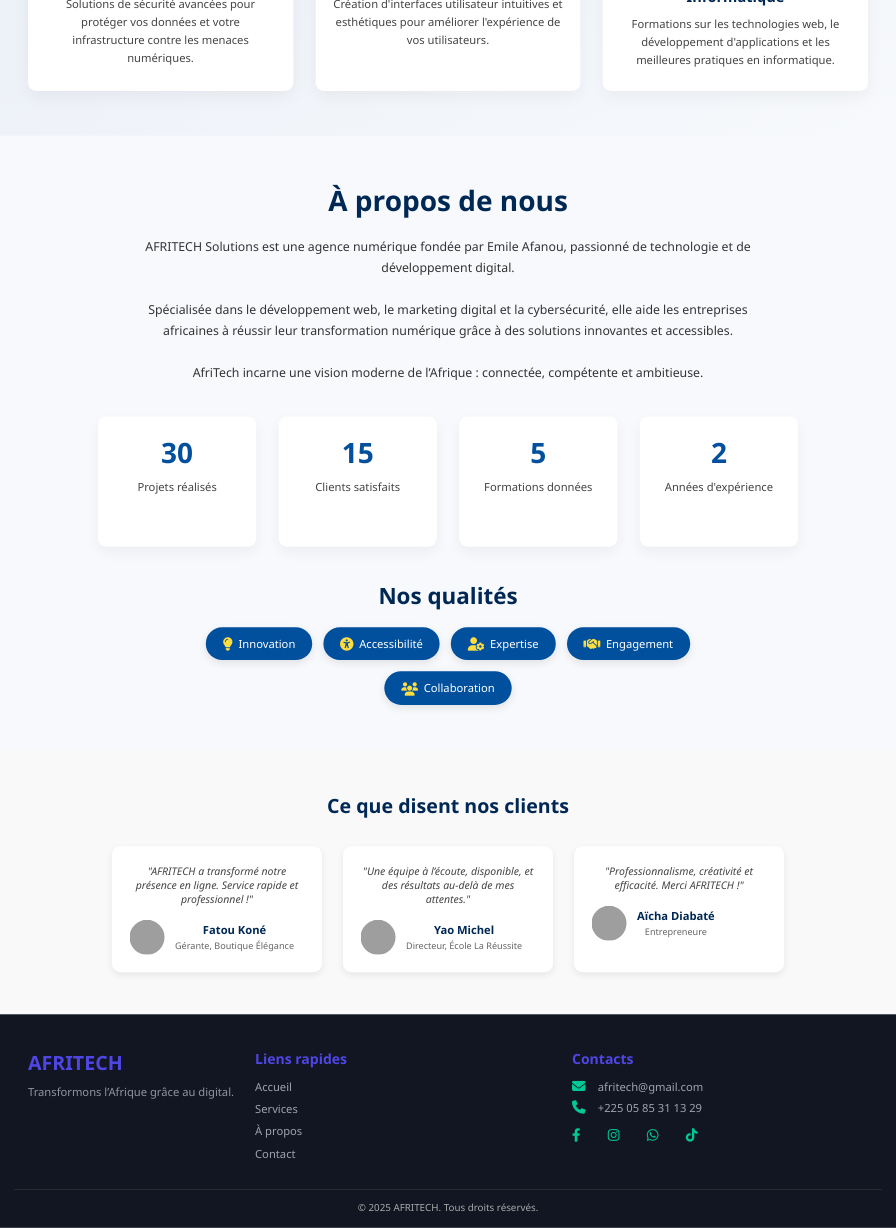
Repository: prestige225/AFRITECH
Page: index.html
The author's editor kept a copy of each file at every save. The page is drawn from the files as they stood at one save, then again after the next save.
The browser window is 1280 px wide. The pictures show the part of the page from y = 1080 to 3000 px (the page is 2834 px tall before and 3000 px after), at 70% of full size.
Pictures or frames that could not be fetched are drawn as grey boxes.

Above is the page before, as saved 2025-07-26 01:52:13.
Console error: TypeError: Cannot read properties of null (reading 'addEventListener')

After the next save:
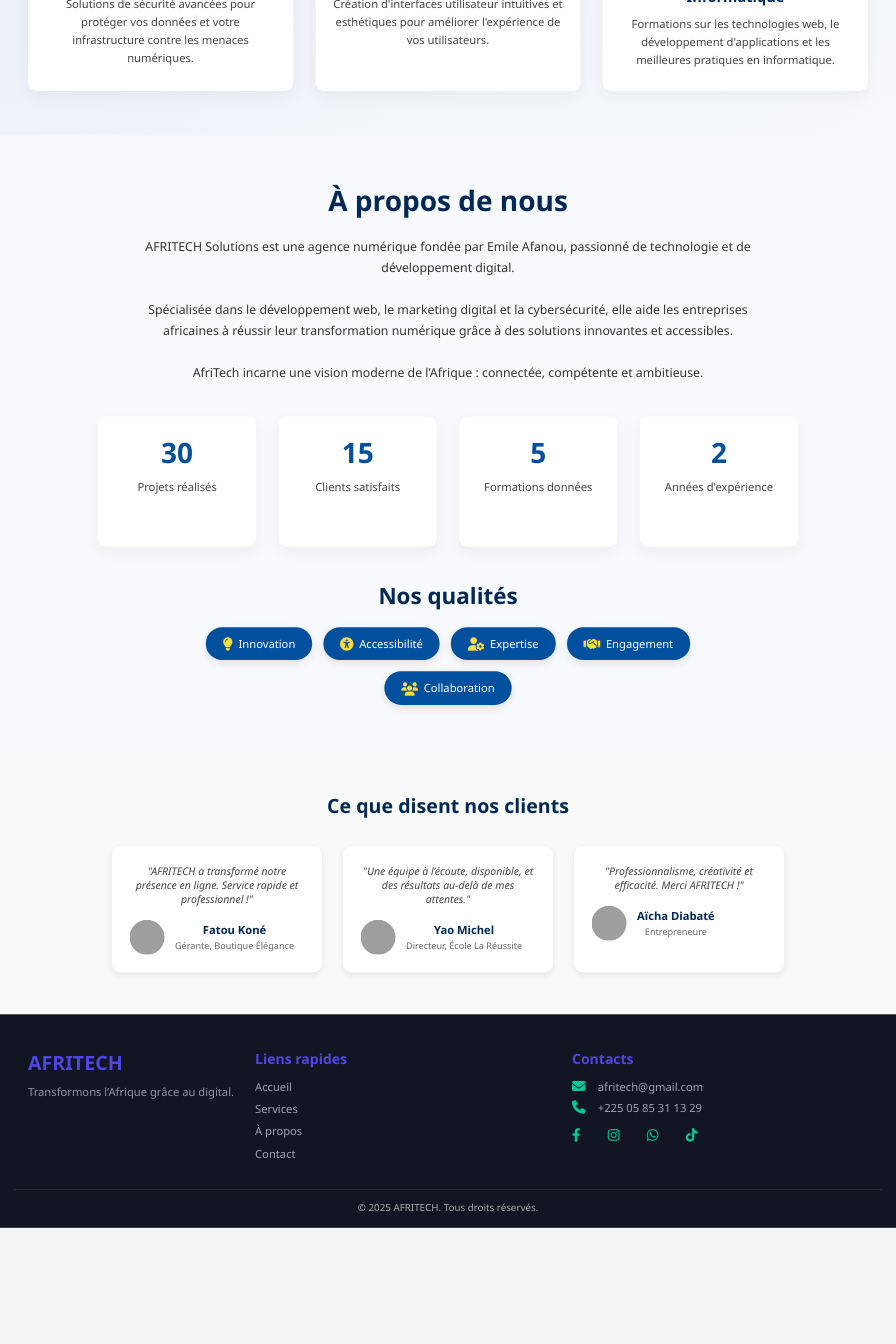
Saved 4 min 31 s later.
--- a/style.css
+++ b/style.css
@@ -11,6 +11,8 @@ body {
   font-family: 'Segoe UI', sans-serif;
   background-color: #f4f4f4;
   color: #333;
+
+   min-height: 3000px; /* Pour pouvoir scroller */
 }
 
 /* ========== HEADER ========== */
